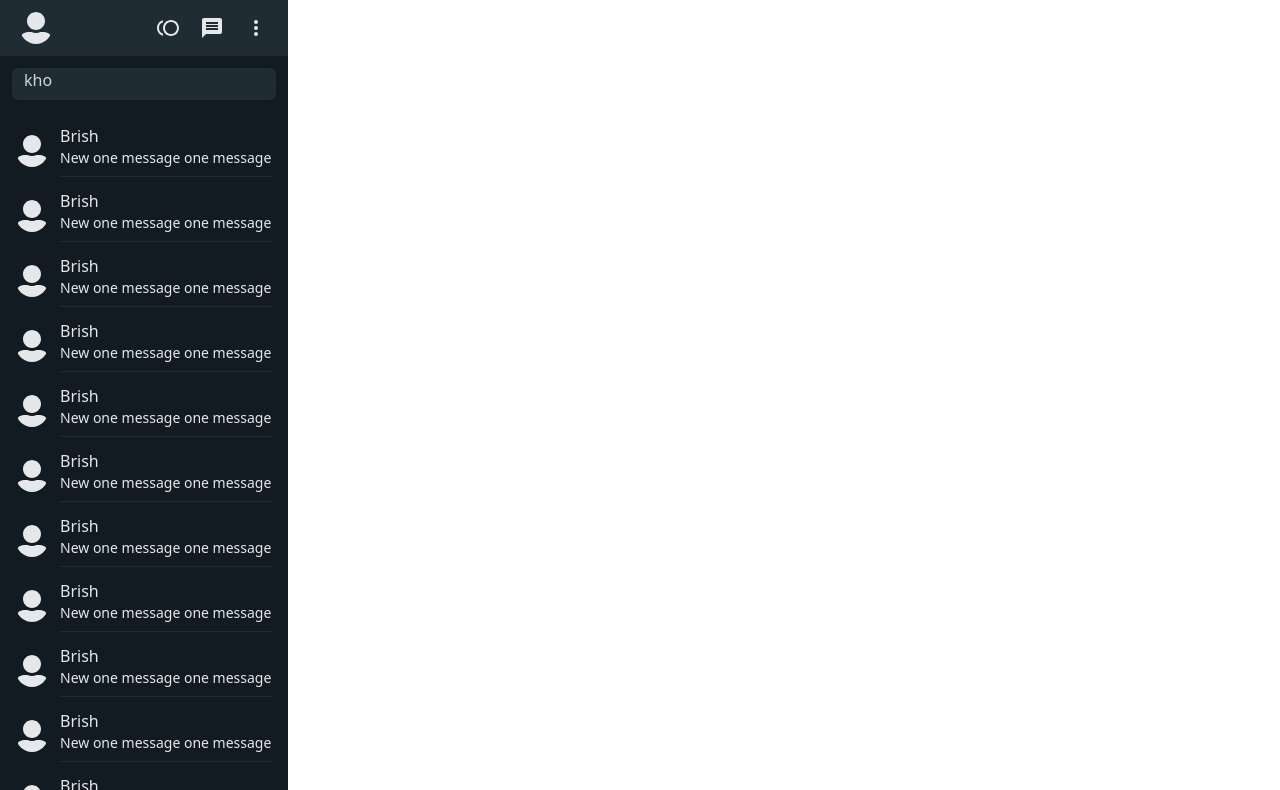
Repository: satya-ranjon/whatsapp-clone-dev
Page: /
An editor plug-in stored every save of this project. The page is shown before and after the next save, followed by the edit.
The browser window is 1280 px wide. The pictures show the whole page.
The project was rebuilt for these pictures with package versions that can differ from the ones it lists, and the page was loaded fresh each time.

Above is the page before, as saved 2022-04-09 06:42:38.

After the next save:
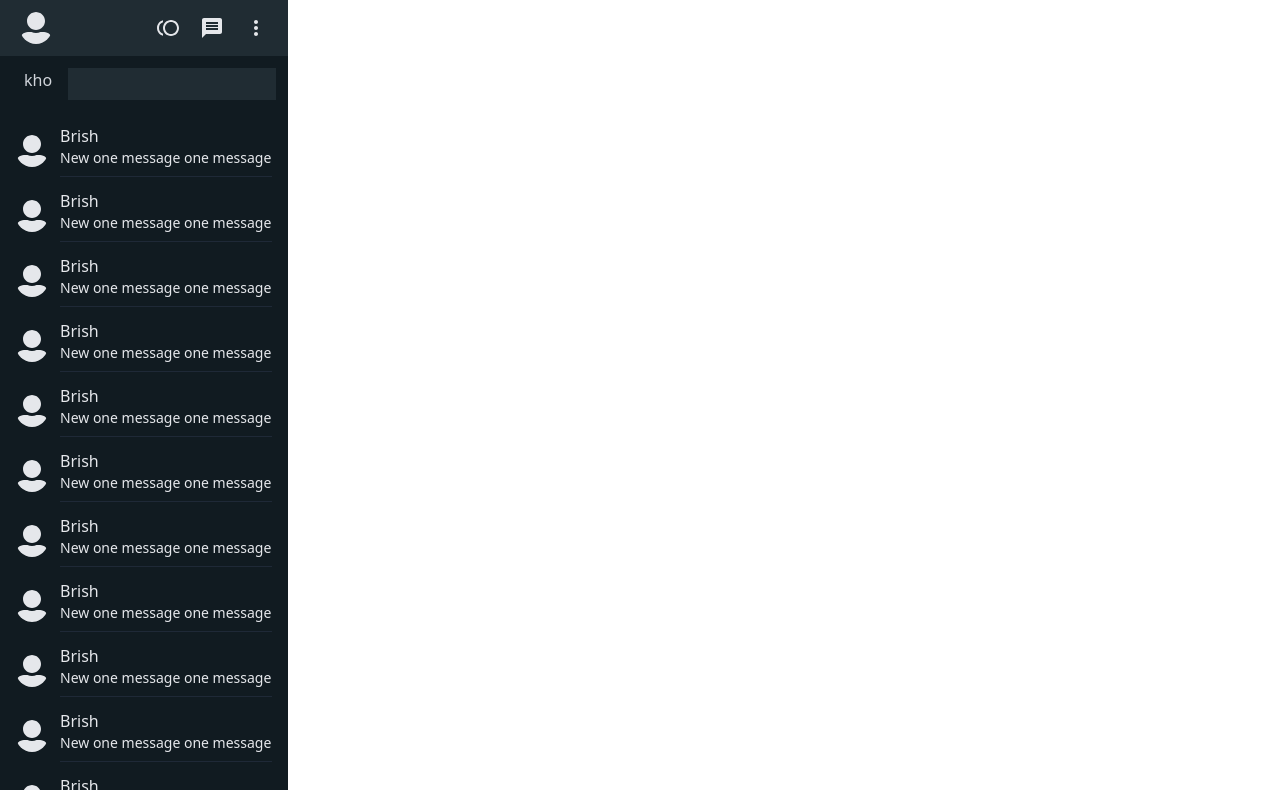
Saved 21 s later.
--- a/src/Components/SideBarUseList.jsx
+++ b/src/Components/SideBarUseList.jsx
@@ -12,10 +12,10 @@
   return (
     <>
       <div className="bg-[#111b21] flex justify-center p-3">
-        <div className="">
+        <div className="pl-14 rounded-md">
           <input
             type="text"
-            className="bg-[#202c33] w-full p-1 outline-none text-gray-300 pl-14 rounded-md "
+            className="bg-[#202c33] w-full p-1 outline-none text-gray-300  "
           />
         </div>
 

After the save that followed:
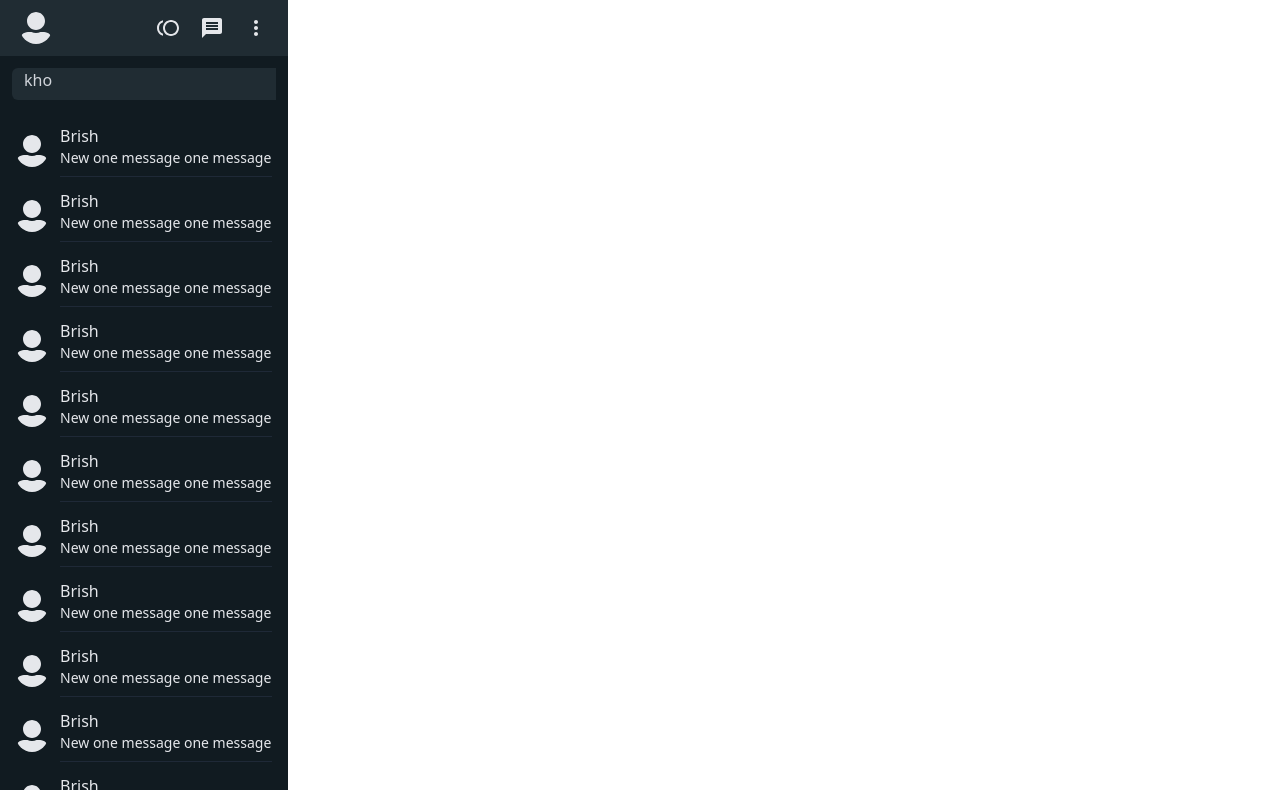
Saved 7 s later.
--- a/src/Components/SideBarUseList.jsx
+++ b/src/Components/SideBarUseList.jsx
@@ -12,7 +12,7 @@
   return (
     <>
       <div className="bg-[#111b21] flex justify-center p-3">
-        <div className="pl-14 rounded-md">
+        <div className="pl-14 rounded-md bg-[#202c33]">
           <input
             type="text"
             className="bg-[#202c33] w-full p-1 outline-none text-gray-300  "
